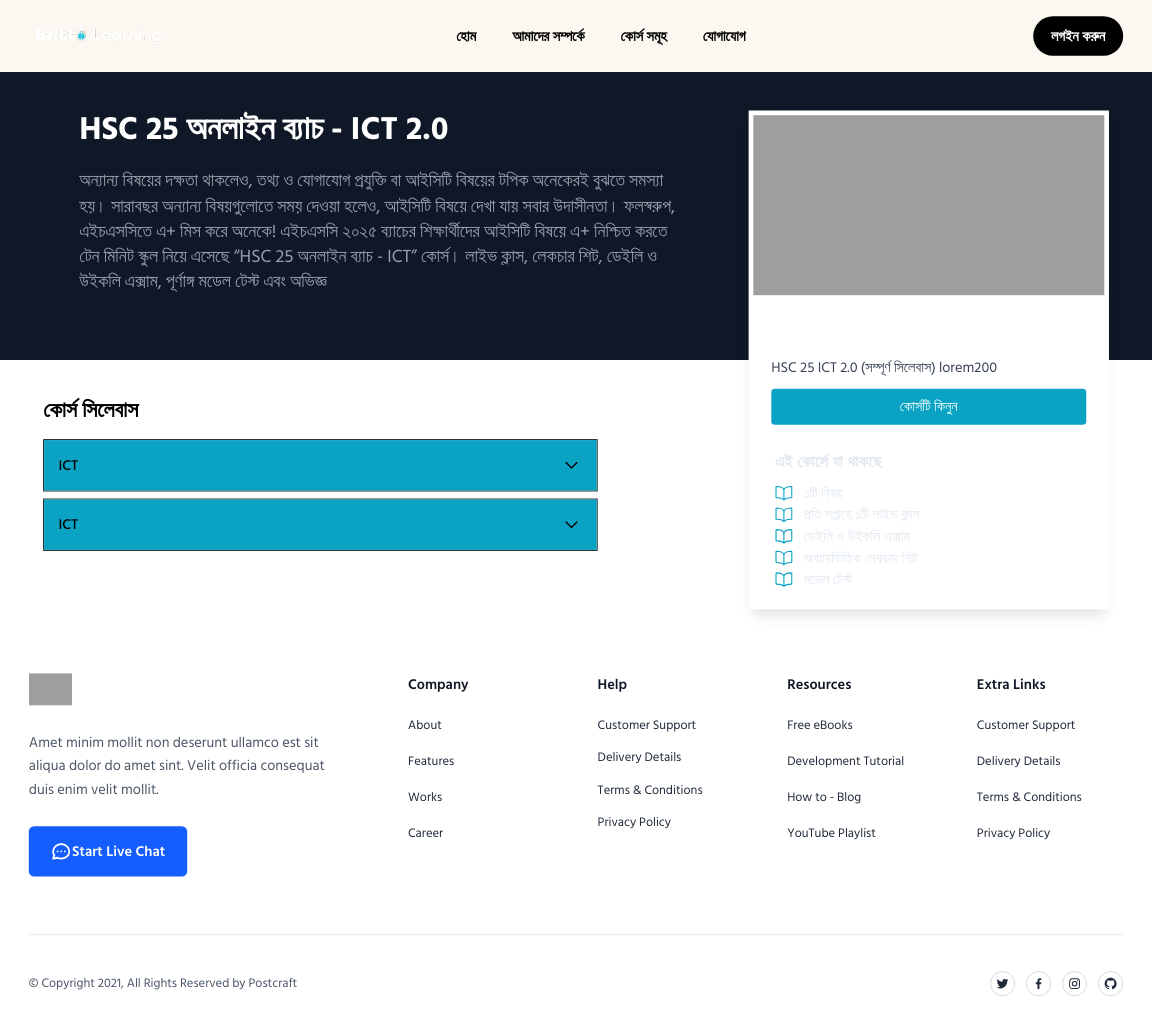
Repository: Ruddro420/course-selling
Page: /single-course
The author's editor kept a copy of each file at every save. The page is drawn from the files as they stood at one save, then again after the next save.
The browser window is 1280 px wide. The pictures show the whole page, at 90% of full size.
Pictures or frames that could not be fetched are drawn as grey boxes. The project was rebuilt for these pictures with package versions that can differ from the ones it lists, and the page was loaded fresh each time. Also part of the build but not shown: vite.config.js, src/components/AboutSection.jsx, src/components/ContactSection.jsx, src/components/CourseSection.jsx, src/components/Hero.jsx, src/components/TeamSection.jsx, src/components/WhyUsSection.jsx, src/pages/Home.jsx and 2 more.

Above is the page before, as saved 2025-02-06 03:56:16.

After the next save:
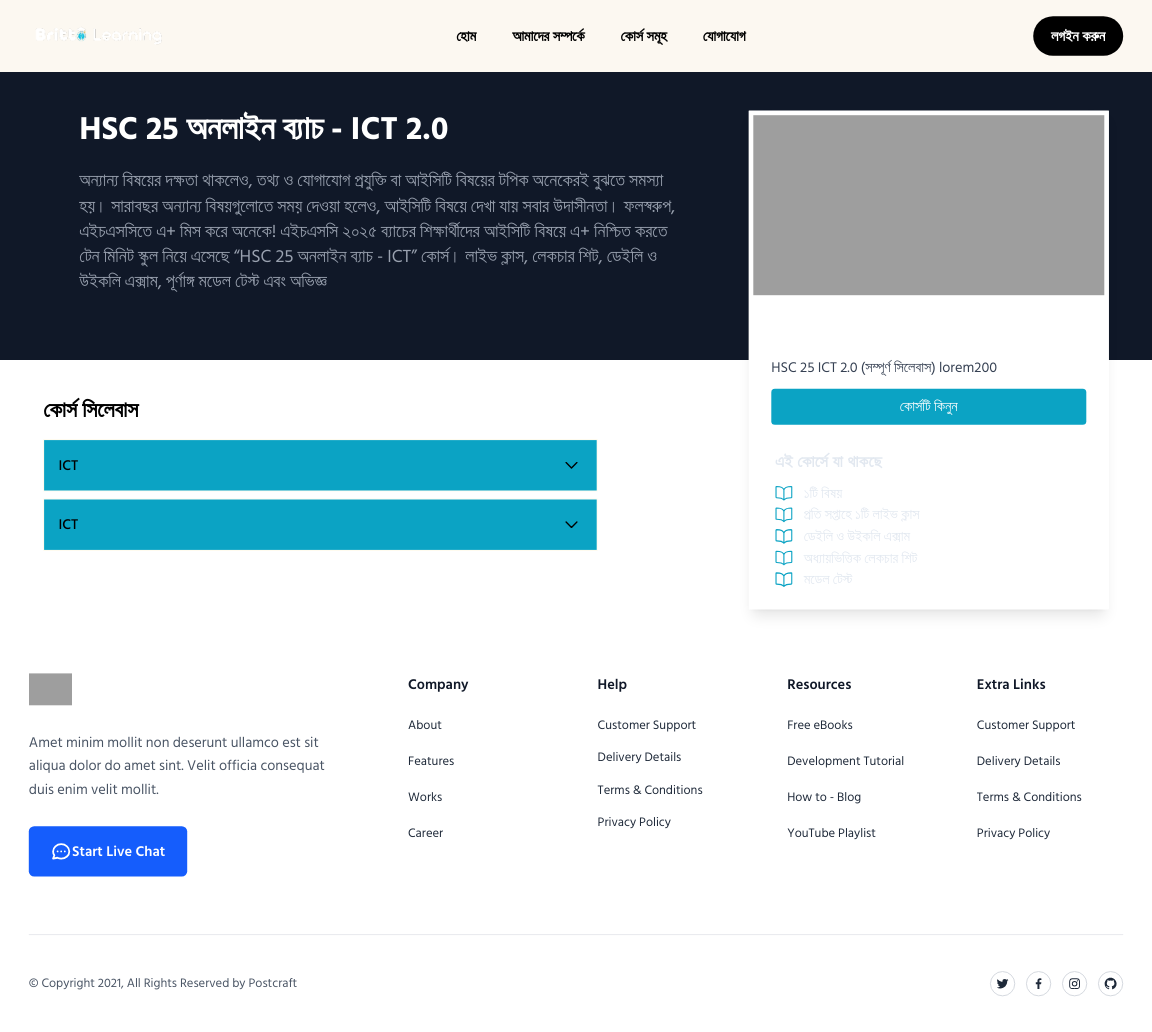
Saved 7 s later.
--- a/src/components/courseComponent/Dropdown.jsx
+++ b/src/components/courseComponent/Dropdown.jsx
@@ -5,7 +5,7 @@ const Dropdown = ({ heading, description }) => {
 
     return (
       <>
-     <div className="p-0 border sylebus mt-2">
+     <div className="p-0 border sylebus mt-2 border-amber-50">
           <details className="group">
             <summary className="flex bg-[#0BA3C4] dark:text-white p-4 cursor-pointer list-none items-center justify-between font-medium border-amber-50">
               <span>{heading}</span>
